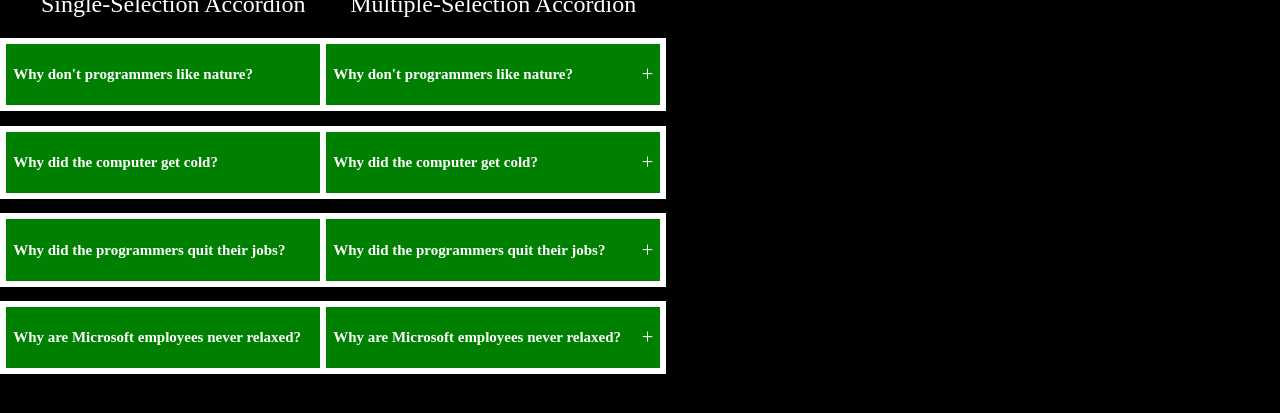
Repository: kosenijr/react-projects
Page: / (app in accordion/)
The author's editor kept a copy of each file at every save. The page is drawn from the files as they stood at one save, then again after the next save.
The browser window is 1280 px wide. The pictures show the whole page.
The project was rebuilt for these pictures with package versions that can differ from the ones it lists, and the page was loaded fresh each time.

Above is the page before, as saved 2024-03-03 12:53:13.

After the next save:
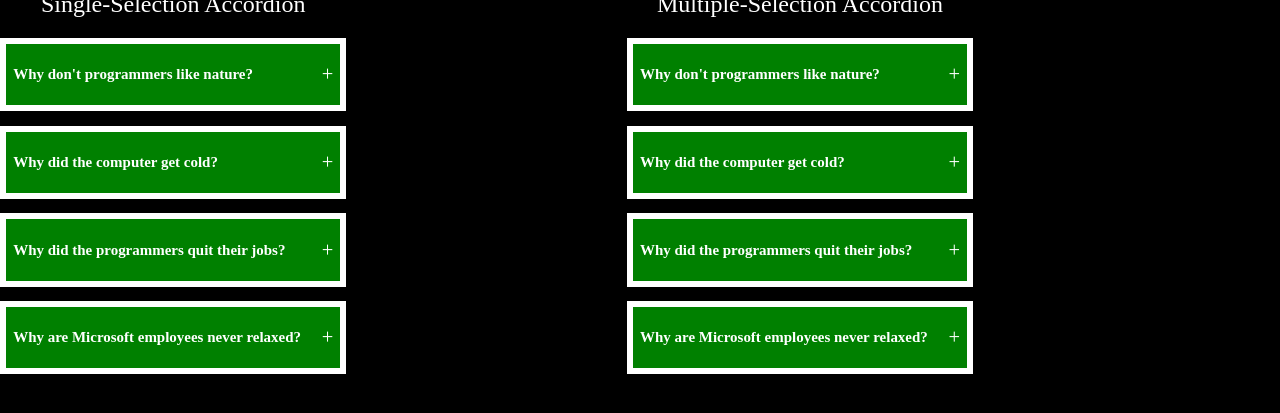
Saved 5 s later.
--- a/accordion/src/styles/MultiSelection.css
+++ b/accordion/src/styles/MultiSelection.css
@@ -3,7 +3,7 @@
   justify-content: space-evenly;
   align-items: center;
   height: 50vh;
-  width: 25vw;
+  width: 100vw;
   float: right;
 }
 
